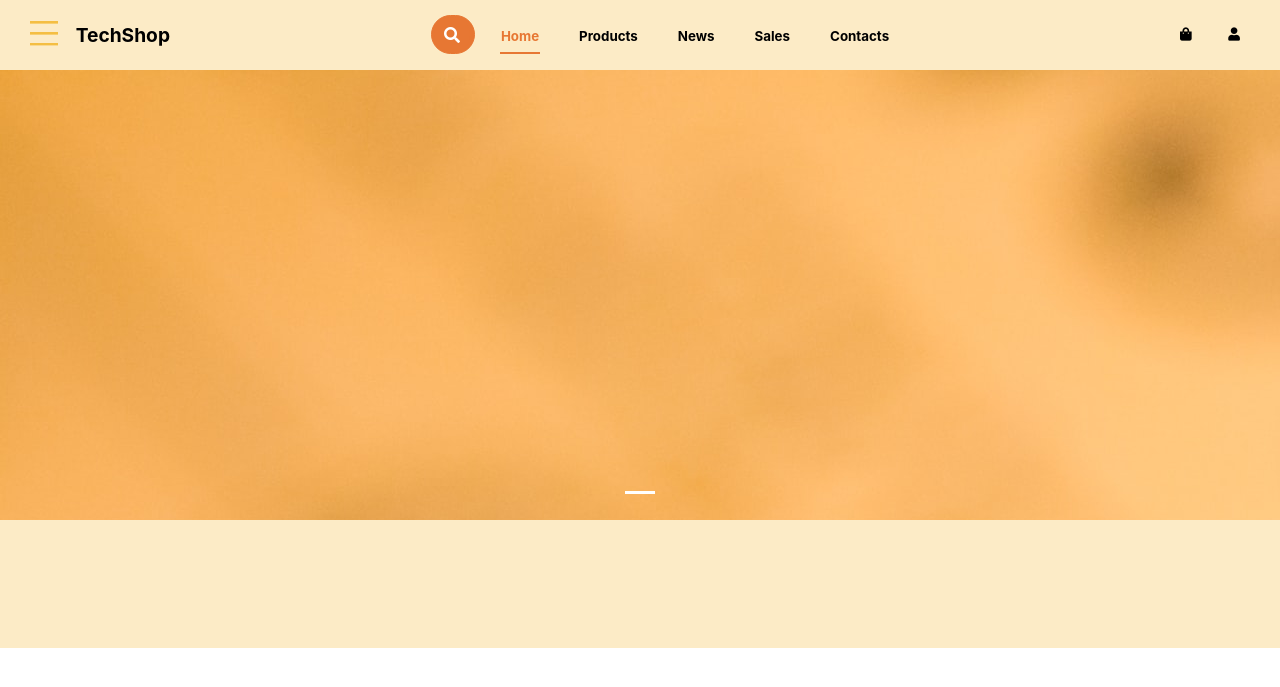
Repository: dinhngocup/TechShop
Page: /home
An editor plug-in stored every save of this project. The page is shown before and after the next save, followed by the edit.
The browser window is 1280 px wide. The pictures show the whole page.
Some web libraries are served in a nearby version. The project was rebuilt for these pictures with package versions that can differ from the ones it lists, and the page was loaded fresh each time. Also part of the build but not shown: src/App.css, src/components/news.jsx.

Above is the page before, as saved 2021-03-17 22:41:42.

### public/index.html
<!doctype html>
<html lang="en">
  <head>
    <title>Title</title>
    <!-- Required meta tags -->
    <meta charset="utf-8">
    <meta name="viewport" content="width=device-width, initial-scale=1, shrink-to-fit=no">

    <!-- Bootstrap CSS -->
    <link rel="stylesheet" href="https://stackpath.bootstrapcdn.com/bootstrap/4.3.1/css/bootstrap.min.css" integrity="sha384-ggOyR0iXCbMQv3Xipma34MD+dH/1fQ784/j6cY/iJTQUOhcWr7x9JvoRxT2MZw1T" crossorigin="anonymous">

    <!-- Font awesome-->
    <link rel="stylesheet" href="https://maxcdn.bootstrapcdn.com/font-awesome/4.7.0/css/font-awesome.min.css">
    <link rel="stylesheet" href="https://cdnjs.cloudflare.com/ajax/libs/font-awesome/5.13.0/css/all.min.css">
  </head>
  <body>
    <div id="root"></div>
    <!-- Optional JavaScript -->
    <!-- jQuery first, then Popper.js, then Bootstrap JS -->
    <script src="https://code.jquery.com/jquery-3.3.1.slim.min.js" integrity="sha384-q8i/X+965DzO0rT7abK41JStQIAqVgRVzpbzo5smXKp4YfRvH+8abtTE1Pi6jizo" crossorigin="anonymous"></script>
    <script src="https://cdnjs.cloudflare.com/ajax/libs/popper.js/1.14.7/umd/popper.min.js" integrity="sha384-UO2eT0CpHqdSJQ6hJty5KVphtPhzWj9WO1clHTMGa3JDZwrnQq4sF86dIHNDz0W1" crossorigin="anonymous"></script>
    <script src="https://stackpath.bootstrapcdn.com/bootstrap/4.3.1/js/bootstrap.min.js" integrity="sha384-JjSmVgyd0p3pXB1rRibZUAYoIIy6OrQ6VrjIEaFf/nJGzIxFDsf4x0xIM+B07jRM" crossorigin="anonymous"></script>
  </body>
</html>

### src/App.js
import Header from "./components/Header/header";
import "./App.css";
import News from './components/news'
import Home from './components/Home/home'
import {
  BrowserRouter as Router,
  Switch,
  Route,
} from "react-router-dom";
function App() {
  return (
    <Router>
      <Header />
      <Switch>
        <Route path="/home" component={Home}/>
        <Route path="/shopping-cart" />
        <Route path="/user-info" />
        <Route path="/products" />
        <Route path="/news" component={News}/>
        <Route path="/sales" />
        <Route path="/contacts" />
      </Switch>
    </Router>
  );
}

export default App;

### src/components/Header/header.jsx
import React from 'react';
import './_header.scss'
import Menu from './Menu/menu'
import Nav from './Nav/nav'
import Info from './Info/info'

function Header() {
    return (
        <div className='header d-flex'>
            <Menu />
            <Nav />
            <Info />
        </div>
    );
}

export default Header;

### src/components/Home/home.jsx
import React from 'react'
import Banner from './Banner/banner'
import './_home.scss'
function Home() {
    return (
        <div className="body-content">
            <Banner />

        </div>
    )
}



export default Home

### src/components/Header/_header.scss
.header {
   height: 70px;
   background-color: rgb(252,235,198);
   flex-direction: row;
   align-items: center;
   justify-content: space-between;
   padding: 0px 30px;
   width: 100%;
   position: fixed;
}

### src/components/Header/Menu/menu.jsx
import React, { useState, useEffect } from "react";
import "./_menu.scss";
import { Link } from "react-router-dom";
import MenuItem from "./menu-item";

function Menu() {
  const [isHiddingMenu, setIsHiddingMenu] = useState(false);
  const [nav, setNav] = useState("");
  const [li, setLi] = useState("");

  //const [menuItems, setMenuItems] = useState("");

  const placeLiElement = (li, nav) => {
    let boundary_y = li[0].getBoundingClientRect().top;
    li.forEach((el, i) => {
      let top =
        el.getBoundingClientRect().top +
        el.getAttribute("data-group") * -11 -
        boundary_y;
      el.style.setProperty("--top", top);
      el.style.setProperty("--delay-close", `${i * 0.1}s`);
      el.style.setProperty("--delay-open", `${(li.length - i) * 0.1}s`);
    });
    nav.classList.toggle("nav-closed");

  }


  //get nav & li position
  useEffect(() => {
    let navElement = document.getElementById("hidden-menu");
    let liElement = navElement.querySelectorAll("li");
    let group_size = Math.ceil(liElement.length / 3);
    let group_index = 0;
    setNav(navElement);
    setLi(liElement);
    liElement.forEach((e, i) => {
      e.setAttribute("data-group", group_index);
      group_index =
        i % group_size === group_size - 1 ? group_index + 1 : group_index;
    });

    setIsHiddingMenu(true);
    placeLiElement(liElement, navElement);
    //console.log('1', isHiddingMenu);

  }, []);

  const showMenu = (isHiddingMenu) => {
    const menuItemsFromDB = [
      {
        label: "Home",
        to: "/home",
        activeOnlyWhenExact: false,
      },
      {
        label: "Contacts",
        to: "/contacts",
        activeOnlyWhenExact: false,
      },
      {
        label: "News",
        to: "/news",
        activeOnlyWhenExact: false,
      },
      {
        label: "Products",
        to: "/products",
        activeOnlyWhenExact: false,
      },
      {
        label: "Sales",
        to: "/sales",
        activeOnlyWhenExact: false,
      },
    ];

    let res = null;
    if (menuItemsFromDB.length > 0)
      res = menuItemsFromDB.map((item, index) => {
        let data = {
          label: item.label,
          to: item.to,
          activeOnlyWhenExact: item.activeOnlyWhenExact,
        };

        return (
          <li key={index}>
            <MenuItem data={data}
            isHiddingMenu={isHiddingMenu}
            handleHideMenu={HandleHiddenMenu}/>
          </li>
        );
      });
    return res;
  };

  const HandleHiddenMenu = (e) => {
    setIsHiddingMenu(!isHiddingMenu);
    //console.log('2', isHiddingMenu);



    // if declare e.preventDef and e.stopPropa, direct to new page is prevented
    //e.preventDefault();

    placeLiElement(li, nav);

    //e.stopPropagation();
  };
  return (

    <div className="fluid-container menu">
      <div className="row">
        <div className="col hidden-menu-container">
          <ul className="hidden-menu" id="hidden-menu">
            {showMenu(isHiddingMenu)}

            <button className="nav-toggle" onClick={HandleHiddenMenu}>
              X
            </button>
          </ul>
        </div>
        <div className="col">
          <Link className="shop-name" to="/home">
            TechShop
          </Link>
        </div>
      </div>
    </div>
  );
}

export default Menu;

### src/components/Header/Nav/nav.jsx
import React from "react";
import './_nav.scss'
import {
  NavLink,
} from "react-router-dom";
import Search from './search'
function Nav(props) {
    return (

        <div className='nav-bar d-flex'>
            <Search />
            <nav className='nav'>
                <ul>
                    <li>
                        <NavLink
                            activeClassName='active'
                            to="/home"
                            exact>
                            Home
                        </NavLink>
                    </li>
                    <li>
                        <NavLink
                            activeClassName='active'
                            to="/products">
                            Products
                        </NavLink>
                    </li>
                    <li>
                        <NavLink
                            activeClassName='active'
                            to="/news">
                            News
                        </NavLink>
                    </li>
                    <li>
                        <NavLink
                            activeClassName='active'
                            to="/sales">
                            Sales
                        </NavLink>
                    </li>
                    <li>
                        <NavLink
                            activeClassName='active'
                            to="/contacts">
                            Contacts
                        </NavLink>
                    </li>
                </ul>
            </nav>


        </div>
    );
}

export default Nav;

### src/components/Header/Info/info.jsx
import React from "react";
import "./_info.scss";
import {
  NavLink,
} from "react-router-dom";

function Info() {
    return (
        <div className="info-group d-flex">
            <NavLink
                activeClassName='active'
                to="/shopping-cart">
                <i className="fa fa-shopping-bag"></i>
            </NavLink>
            <NavLink
                activeClassName='active'
                to="/user-info">
                <i className="fa fa-user"></i>
            </NavLink>
        </div>
    );
}

export default Info;

### src/components/Home/Banner/banner.jsx
import React, { useState, useEffect } from "react";
import "./_banner.scss";
import image from '../../../assets/images/pic1.jpg'

function Banner() {
  const [bannerImages, setBannerImages] = useState("");

  //get banner images from DB
  useEffect(() => {
    // call api

    // temp data
    let images = [
      {
        src: "../../../assets/images/pic1.jpg",
        alt: "Apple Watch",
        status: "active",
      },
      {
        src: "../../../assets/images/pic2.jpg",
        alt: "Apple Watch",
        status: "inactive",
      },
      {
        src: "../../../assets/images/pic3.jpg",
        alt: "Apple Watch",
        status: "inactive",
      },
    ];
  }, []);

  return (
    <div id="demo" className="banner carousel slide" data-ride="carousel">
      <ul className="carousel-indicators">
        <li data-target="#demo" data-slide-to="0" className="active"></li>
      </ul>
      <div className="carousel-inner">
        <div className="carousel-item active">
          <img src={image} alt="Los Angeles" />
        </div>

      </div>
    </div>
  );
}

export default Banner;

### src/components/Home/_home.scss
.body-content {
    //overflow: hidden;
    padding-top: 70px;
    width: 100%;
    background-color: rgb(252,235,198);
    height: 90vh;
}

### src/components/Header/Menu/_menu.scss
@import '../Shared.scss';
.menu {
    width: 140px;
    .shop-name {
        font-weight: bold;
        font-size: larger;
        color: black;
        text-decoration: none;
    }

    .hidden-menu-container {
        display: relative;
        z-index: 999;
        .hidden-menu {
            display: inline-block;
            list-style-type: none;

            position: absolute;
            top:0;
            list-style-type: none;
            padding: 0;
            margin: 0;
            width: 200px;
            li {
                overflow: visible;
                height: 60px;
                width: 100%;
                background-color: rgb(244, 190, 67);

                transform-origin: 0 0;
                transition: transform 0.6s ease;
                transition-delay: var(--delay-open);
                padding: 20px 40px;
                align-items: center;
                a {
                    text-align: center;
                    color: rgba(255, 255, 255, 0.6);
                    font-size: 16px;
                    &:hover {
                        text-decoration: none;
                        color: white !important;
                        box-shadow: 10px 0px 40px -5px #fff;
                    }
                    &.active {
                        color: white;
                        font-weight: 700;
                    }

                }
            }
            .nav-toggle {
                position: absolute;
                top: 0;
                width: 50px;
                height: 50px;
                /* opacity: 0; */
                cursor: pointer;
                transform-origin: 0 0;
                outline: none;
                margin-left: 10px;
                right: 0;
                transition: right 1s ease, opacity 1s ease;
                opacity: 1;
                background-color: rgb(244, 190, 67);
                border: none;
                color:rgba(255, 255, 255, 0.6);
            }

            .nav-toggle:hover {
                border-radius: 50%;
                background-color: rgba(244, 190, 67, 0.1);
                color: white

            }
        }

        .nav-closed a {
            color: rgb(244, 190, 67);
        }

        .nav-closed li {
            transform: translateY(calc(var(--top) * -1px)) scaleY(0.04) scaleX(0.14);
            transition-delay: var(--delay-close);
            color: rgb(244, 190, 67);
        }

        .nav-closed .nav-toggle {
            right: calc(100% - 50px);
            opacity: 0;
        }
    }
}

### src/components/Header/Menu/menu-item.jsx
import React from 'react'
import PropTypes from 'prop-types'
import { Route, NavLink } from "react-router-dom";

MenuItem.propTypes = {
    data: PropTypes.object.isRequired,
    isHiddingMenu: PropTypes.bool.isRequired,
    handleHideMenu: PropTypes.func,
}

function MenuItem(props) {
    const {data, isHiddingMenu, handleHideMenu} = props;
    //console.log('3',isHiddingMenu)


    return (
        <Route
          path={data.to}
          exact={data.activeOnlyWhenExact}
          children={() => {
            if (isHiddingMenu) return <span>{data.label}</span>;
            return (
              <NavLink
                activeClassName="active"
                to={data.to}
                exact={data.activeOnlyWhenExact}
                onClick={handleHideMenu}
              >
                {data.label}
              </NavLink>
            );
          }}
        />
      );
}


export default MenuItem

### src/components/Header/Nav/_nav.scss
.nav-bar {
    align-items: center;
    .nav {
        ul {
            padding: 0;
            margin: 0;
            li {
                display: inline;
                padding: 20px;
                font-size: smaller;
                font-weight: bold;
                position: relative;
                a {
                    color: black;
                    transition: 0.8s;
                    &:after {
                        transition: 0.8s;
                        position: absolute;
                        content: "";
                        background-color: #E77733;

                        height: 2px;
                        width: 0%;

                        bottom: 10px;
                        left:0;
                        right: 0;

                        margin: 0 auto;
                    }
                    &:hover {
                        text-decoration: none;
                        color: #E77733;
                        &:after {
                            width: 50%;
                        }
                    }
                }
                .active {
                    color: #E77733;
                    &:after {
                        position: absolute;
                        content: "";
                        background-color: #E77733;

                        height: 2px;
                        width: 50%;

                        bottom: 10px;
                        left:0;
                        right: 0;

                        margin: 0 auto;
                    }
                }


            }
        }

    }
}

### src/components/Header/Nav/search.jsx
import React from 'react'
import './_search.scss'


function Search(props) {
    return (
        <form  className='search-form'>
            <input type="search" />
            <i className="fa fa-search"></i>
        </form>
    )
}



export default Search

### src/components/Header/Info/_info.scss

@import '../Shared.scss';

.info-group {
    font-size: smaller;
    justify-content: space-between;
    align-items: center;
    width: 80px;
    a {
        color: black;
        i {
            padding: 10px;
            border-radius: 50%;
            &:hover {
                box-shadow: 10px 0px 40px -5px #E77733, inset 0px 0px 40px 0px white;
            }
        }
        &.active {
            i {
                @include inset-shadow-active;
            }
        }

    }
}

### src/components/Home/Banner/_banner.scss
.banner {
    width: 100%;
    height: 450px;
    background-color: deeppink;
    border-radius: 0 0 10px 10px;
    display: flex;
    img {
        height: auto;
    }
}

### src/components/Header/Shared.scss
@mixin inset-shadow {
    padding: 10px;
    border-radius: 50%;
    box-shadow: inset 0px 0px 10px 0px white;
    &:hover {
        box-shadow: 10px 0px 40px -5px #E77733, inset 0px 0px 40px 0px white;
    }

}

@mixin inset-shadow-active {
    transition: 0.8s;
    box-shadow: 0 0 0px 2px #E77733, inset 0px 0px 40px 0px white;


}

### src/components/Header/Nav/_search.scss
.search-form {
    z-index: 999;
    display: inline;
    position: relative;

    width: 50px;
    height: 40px;

    input {
        padding-left: 40px;
        position: absolute;
        top: 0;
        left: 0;
        width: 40px;

        line-height: 35px;

        //     font-size: 1em;
        border-radius: 25px;
        border: solid 1px #E77733;
        transition: 0.8s;
        background-color: #E77733;
        pointer-events: none;
        &:focus {
            outline: none;
        }
    }
    &:hover {
        i {
            color: #E77733;
            background-color: white;
        }
        input {
            pointer-events: visible;
            width: 470px;
            background-color: white;
        }
    }
    i {
        box-sizing: border-box;

        position: absolute;
        top: 2px;
        left: 3px;
        border-radius: 50%;
        padding: 10px;
        background-color: #E77733;
        color: white
    }
}

// form:hover{
//     width: 200px;
//     cursor: pointer;
// }

// form:hover input{
//     display: block;
// }

// form:hover .fa{
//     background: #07051a;
//     color: white;
// }

Loaded but not shown: src/index.js (common file); src/index.css (common file); src/reportWebVitals.js (common file)

After the next save:
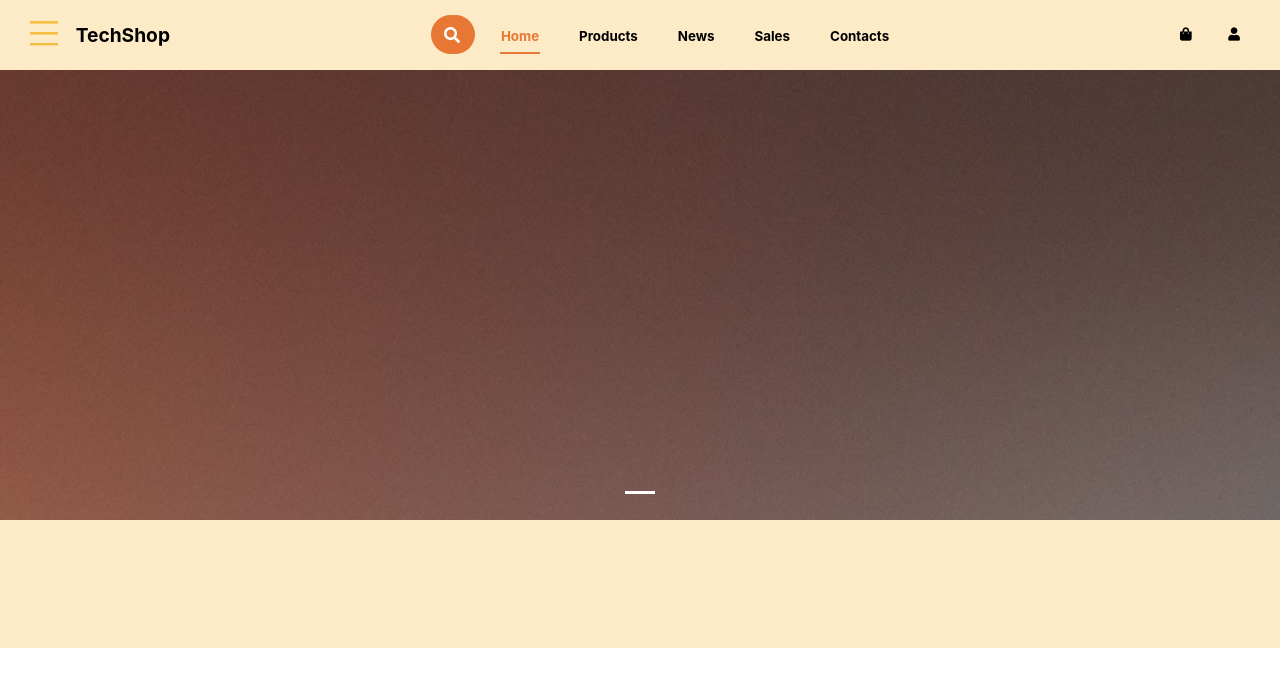
Saved 4 min 47 s later.
--- a/src/components/Home/Banner/banner.jsx
+++ b/src/components/Home/Banner/banner.jsx
@@ -1,6 +1,6 @@
 import React, { useState, useEffect } from "react";
 import "./_banner.scss";
-import image from '../../../assets/images/pic1.jpg'
+import image from '../../../assets/images/pic2.jpg'
 
 function Banner() {
   const [bannerImages, setBannerImages] = useState("");
